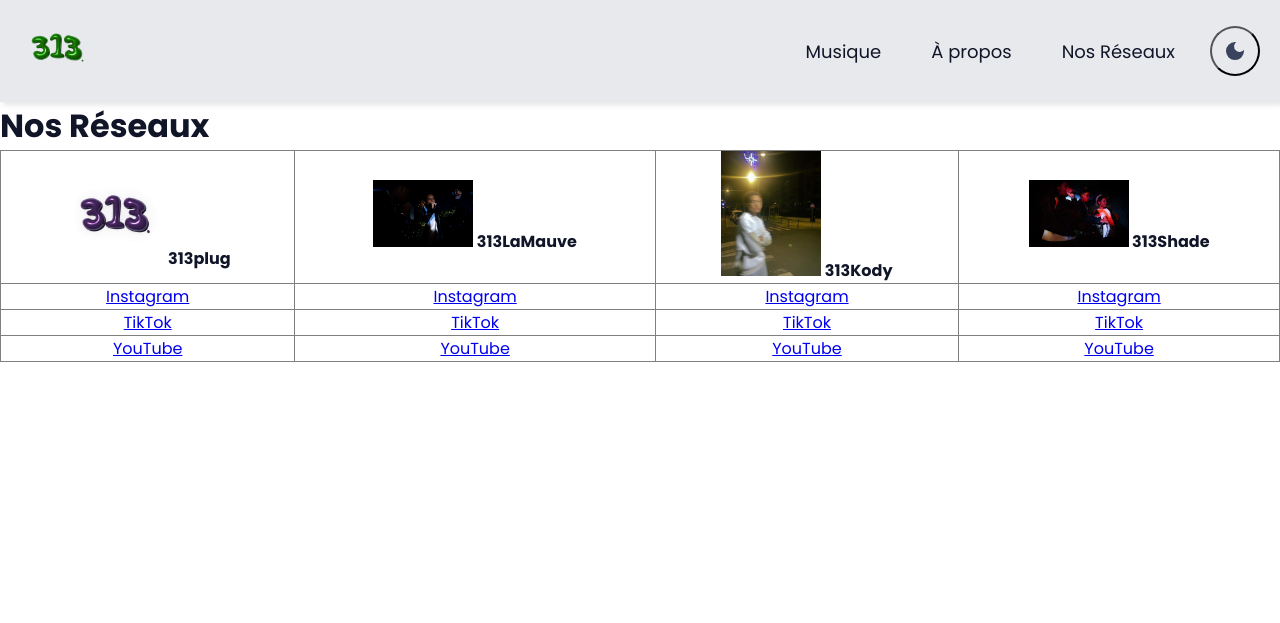
Repository: 313Kody/313plug-Site-Officiel
Page: réseau.html
These files come from the project's save history. The page is drawn as it stood at one moment and after the next save; the edit follows.
The browser window is 1280 px wide. The pictures show the whole page.
Some web fonts or font styles are not loaded; a fallback is used.

Above is the page before, as saved 2024-11-24 20:49:35.

### réseau.html
<!DOCTYPE html>
<html lang="en">
<head>
   <meta charset="UTF-8">
   <meta name="viewport" content="width=device-width, initial-scale=1.0">
   <title>313plug - Site Officiel</title>
   <link rel="stylesheet" href="CSS/styles.css">
   <link href="https://fonts.googleapis.com/css2?family=Fugaz+One&family=Poppins:wght@100;200;300;400;500;600;700;800;900&display=swap" rel="stylesheet">
   <script type="text/javascript" src="darkmode.js" defer></script>
</head>
<body>
      <nav class="main-nav">
         <div class="logo">
             <a href="index.html">
                 <img id="logo" src="images/313_vert-removebg-preview.png" alt="logo du groupe">
             </a>
         </div>

         <!-- Navbar en liens (cachée sur mobile) -->
         <ul class="nav-links hideOnMobile">
             <li><a href="musique.html" target="_blank">Musique</a></li>
             <li><a href="propos.html" target="_blank">À propos</a></li>
             <li><a href="réseau.html" target="_blank">Nos Réseaux</a></li>
             <button id="theme-switch-navbar">
               <svg xmlns="http://www.w3.org/2000/svg" height="24px" viewBox="0 -960 960 960" width="24px" fill="#e8eaed">
                  <path d="M480-120q-150 0-255-105T120-480q0-150 105-255t255-105q14 0 27.5 1t26.5 3q-41 29-65.5 75.5T444-660q0 90 63 153t153 63q55 0 101-24.5t75-65.5q2 13 3 26.5t1 27.5q0 150-105 255T480-120Z"/>
               </svg>
               <svg xmlns="http://www.w3.org/2000/svg" height="24px" viewBox="0 -960 960 960" width="24px" fill="#e8eaed">
                  <path d="M480-280q-83 0-141.5-58.5T280-480q0-83 58.5-141.5T480-680q83 0 141.5 58.5T680-480q0 83-58.5 141.5T480-280ZM200-440H40v-80h160v80Zm720 0H760v-80h160v80ZM440-760v-160h80v160h-80Zm0 720v-160h80v160h-80ZM256-650l-101-97 57-59 96 100-52 56Zm492 496-97-101 53-55 101 97-57 59Zm-98-550 97-101 59 57-100 96-56-52ZM154-212l101-97 55 53-97 101-59-57Z"/>
               </svg>
            </button>
         </ul>

         <!-- Icône de menu pour la sidebar (visible uniquement sur mobile) -->
         <div class="menu-button" onclick="showsidebar()">
             <svg xmlns="http://www.w3.org/2000/svg" height="28px" viewBox="0 -960 960 960" width="28px" fill="#000000" id="menu-icon">
                 <path d="M120-240v-80h720v80H120Zm0-200v-80h720v80H120Zm0-200v-80h720v80H120Z"/>
             </svg>
         </div>
     </nav>

     <!-- Sidebar (initialement cachée) -->
     <aside class="sidebar" id="sidebar">
         <ul>
             <li onclick="hidesidebar()">
                 <a href="#"><svg xmlns="http://www.w3.org/2000/svg" height="28px" viewBox="0 -960 960 960" width="28px" fill="#000000" id="close-icon"><path d="m256-200-56-56 224-224-224-224 56-56 224 224 224-224 56 56-224 224 224 224-56 56-224-224-224 224Z"/></svg></a>
             </li>
             <li><a href="musique.html" target="_blank">Musique</a></li>
             <li><a href="propos.html" target="_blank">À propos</a></li>
             <li><a href="réseau.html" target="_blank">Nos Réseaux</a></li>
             <button id="theme-switch-sidebar">
               <svg xmlns="http://www.w3.org/2000/svg" height="24px" viewBox="0 -960 960 960" width="24px" fill="#e8eaed">
                  <path d="M480-120q-150 0-255-105T120-480q0-150 105-255t255-105q14 0 27.5 1t26.5 3q-41 29-65.5 75.5T444-660q0 90 63 153t153 63q55 0 101-24.5t75-65.5q2 13 3 26.5t1 27.5q0 150-105 255T480-120Z"/>
               </svg>
               <svg xmlns="http://www.w3.org/2000/svg" height="24px" viewBox="0 -960 960 960" width="24px" fill="#e8eaed">
                  <path d="M480-280q-83 0-141.5-58.5T280-480q0-83 58.5-141.5T480-680q83 0 141.5 58.5T680-480q0 83-58.5 141.5T480-280ZM200-440H40v-80h160v80Zm720 0H760v-80h160v80ZM440-760v-160h80v160h-80Zm0 720v-160h80v160h-80ZM256-650l-101-97 57-59 96 100-52 56Zm492 496-97-101 53-55 101 97-57 59Zm-98-550 97-101 59 57-100 96-56-52ZM154-212l101-97 55 53-97 101-59-57Z"/>
               </svg>
            </button>
         </ul>
     </aside>
     <script>
         function showsidebar(){
             const sidebar = document.querySelector('.sidebar');
             sidebar.style.display = 'flex';
         }
         function hidesidebar(){
             const sidebar = document.querySelector('.sidebar');
             sidebar.style.display = 'none';
         }
      </script>
   <h1>Nos Réseaux</h1>
   <table border="1" style="width: 100%; text-align: center; border-collapse: collapse;">
     <thead>
       <tr>
         <th>
           <img src="images/313 logo Lamauve.jpg" alt="Logo 313plug" style="width: 100px;">
           313plug
         </th>
         <th>
           <img src="images/Lamauve only.jpg" alt="Logo LaMauve" style="width: 100px;">
           313LaMauve
         </th>
         <th>
           <img src="images/Kody.jpg" alt="Logo Kody" style="width: 100px;">
           313Kody
         </th>
         <th>
           <img src="images/Shade sing 2.jpg" alt="Logo Shade" style="width: 100px;">
           313Shade
         </th>
       </tr>
     </thead>
     <tbody>
       <!-- INSTA -->
       <tr>
         <td><a href="https://www.instagram.com/313.plug_" target="_blank">Instagram</a><br></td>
         <td><a href="https://www.instagram.com/313la.mauve" target="_blank">Instagram</a><br></td>
         <td><a href="https://www.instagram.com/313kody_" target="_blank">Instagram</a><br></td>
         <td><a href="https://www.instagram.com/313.shade_" target="_blank">Instagram</a><br></td>
       </tr>
       <!-- TIKTOK -->
       <tr>
         <td><a href="https://www.tiktok.com/@313plug" target="_blank">TikTok</a><br></td>
         <td><a href="https://www.tiktok.com/@313la.mauve" target="_blank">TikTok</a><br></td>
         <td><a href="https://www.tiktok.com/@313kody" target="_blank">TikTok</a><br></td>
         <td><a href="https://www.tiktok.com/@313.shade_" target="_blank">TikTok</a><br></td>
       </tr>
       <!-- YOUTUBE -->
       <tr>
         <td><a href="https://www.youtube.com/313PLUG" target="_blank">YouTube</a></td>
         <td><a href="https://www.youtube.com/313lamauve" target="_blank">YouTube</a></td>
         <td><a href="https://www.youtube.com/313shade" target="_blank">YouTube</a></td>
         <td><a href="https://www.youtube.com/kody276" target="_blank">YouTube</a></td>
       </tr>
     </tbody>
   </table>
</body>
</html>

Loaded but not shown: darkmode.js (45 lines, source omitted); CSS/styles.css (807 lines, source omitted)

After the next save:
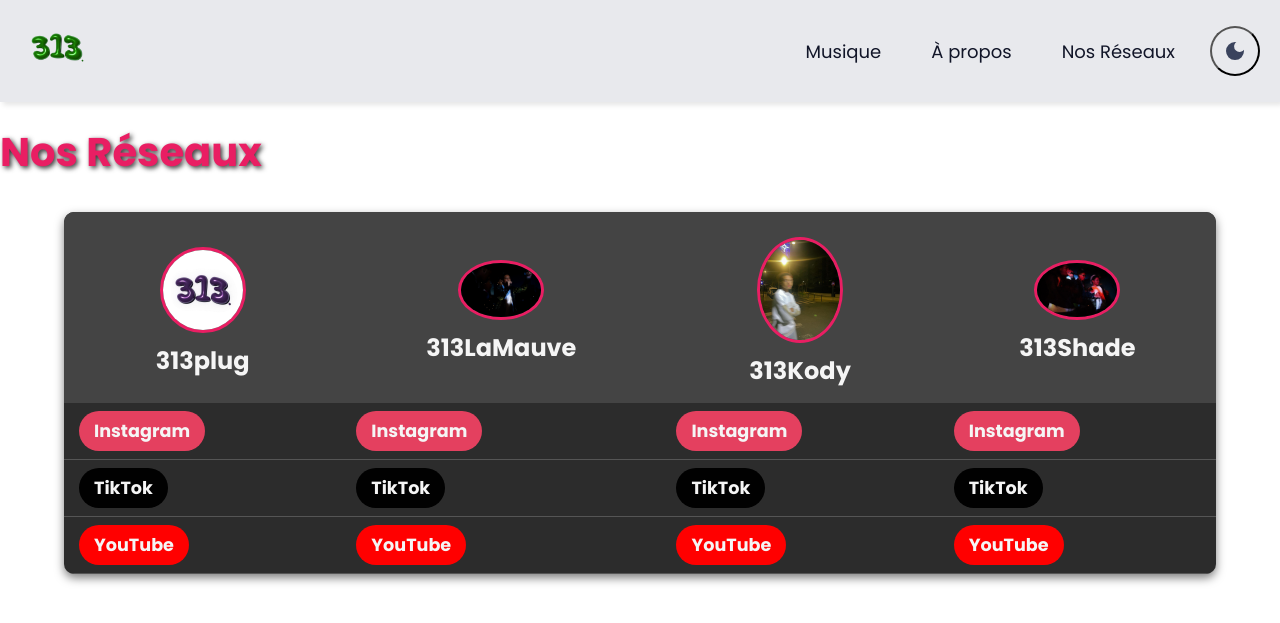
Saved 2 s later.
--- a/réseau.html
+++ b/réseau.html
@@ -68,49 +68,49 @@
              sidebar.style.display = 'none';
          }
       </script>
-   <h1>Nos Réseaux</h1>
-   <table border="1" style="width: 100%; text-align: center; border-collapse: collapse;">
+   <h1 class="page-title">Nos Réseaux</h1>
+   <table class="social-table">
      <thead>
        <tr>
-         <th>
-           <img src="images/313 logo Lamauve.jpg" alt="Logo 313plug" style="width: 100px;">
-           313plug
+         <th class="member-header">
+           <img src="images/313 logo Lamauve.jpg" alt="Logo 313plug" class="member-logo">
+           <span>313plug</span>
          </th>
-         <th>
-           <img src="images/Lamauve only.jpg" alt="Logo LaMauve" style="width: 100px;">
-           313LaMauve
+         <th class="member-header">
+           <img src="images/Lamauve only.jpg" alt="Logo LaMauve" class="member-logo">
+           <span>313LaMauve</span>
          </th>
-         <th>
-           <img src="images/Kody.jpg" alt="Logo Kody" style="width: 100px;">
-           313Kody
+         <th class="member-header">
+           <img src="images/Kody.jpg" alt="Logo Kody" class="member-logo">
+           <span>313Kody</span>
          </th>
-         <th>
-           <img src="images/Shade sing 2.jpg" alt="Logo Shade" style="width: 100px;">
-           313Shade
+         <th class="member-header">
+           <img src="images/Shade sing 2.jpg" alt="Logo Shade" class="member-logo">
+           <span>313Shade</span>
          </th>
        </tr>
      </thead>
      <tbody>
        <!-- INSTA -->
-       <tr>
-         <td><a href="https://www.instagram.com/313.plug_" target="_blank">Instagram</a><br></td>
-         <td><a href="https://www.instagram.com/313la.mauve" target="_blank">Instagram</a><br></td>
-         <td><a href="https://www.instagram.com/313kody_" target="_blank">Instagram</a><br></td>
-         <td><a href="https://www.instagram.com/313.shade_" target="_blank">Instagram</a><br></td>
+       <tr class="social-row">
+         <td><a href="https://www.instagram.com/313.plug_" target="_blank" class="social-link instagram">Instagram</a></td>
+         <td><a href="https://www.instagram.com/313la.mauve" target="_blank" class="social-link instagram">Instagram</a></td>
+         <td><a href="https://www.instagram.com/313kody_" target="_blank" class="social-link instagram">Instagram</a></td>
+         <td><a href="https://www.instagram.com/313.shade_" target="_blank" class="social-link instagram">Instagram</a></td>
        </tr>
        <!-- TIKTOK -->
-       <tr>
-         <td><a href="https://www.tiktok.com/@313plug" target="_blank">TikTok</a><br></td>
-         <td><a href="https://www.tiktok.com/@313la.mauve" target="_blank">TikTok</a><br></td>
-         <td><a href="https://www.tiktok.com/@313kody" target="_blank">TikTok</a><br></td>
-         <td><a href="https://www.tiktok.com/@313.shade_" target="_blank">TikTok</a><br></td>
+       <tr class="social-row">
+         <td><a href="https://www.tiktok.com/@313plug" target="_blank" class="social-link tiktok">TikTok</a></td>
+         <td><a href="https://www.tiktok.com/@313la.mauve" target="_blank" class="social-link tiktok">TikTok</a></td>
+         <td><a href="https://www.tiktok.com/@313kody" target="_blank" class="social-link tiktok">TikTok</a></td>
+         <td><a href="https://www.tiktok.com/@313.shade_" target="_blank" class="social-link tiktok">TikTok</a></td>
        </tr>
        <!-- YOUTUBE -->
-       <tr>
-         <td><a href="https://www.youtube.com/313PLUG" target="_blank">YouTube</a></td>
-         <td><a href="https://www.youtube.com/313lamauve" target="_blank">YouTube</a></td>
-         <td><a href="https://www.youtube.com/313shade" target="_blank">YouTube</a></td>
-         <td><a href="https://www.youtube.com/kody276" target="_blank">YouTube</a></td>
+       <tr class="social-row">
+         <td><a href="https://www.youtube.com/313PLUG" target="_blank" class="social-link youtube">YouTube</a></td>
+         <td><a href="https://www.youtube.com/313lamauve" target="_blank" class="social-link youtube">YouTube</a></td>
+         <td><a href="https://www.youtube.com/kody276" target="_blank" class="social-link youtube">YouTube</a></td>
+         <td><a href="https://www.youtube.com/313shade" target="_blank" class="social-link youtube">YouTube</a></td>
        </tr>
      </tbody>
    </table>
